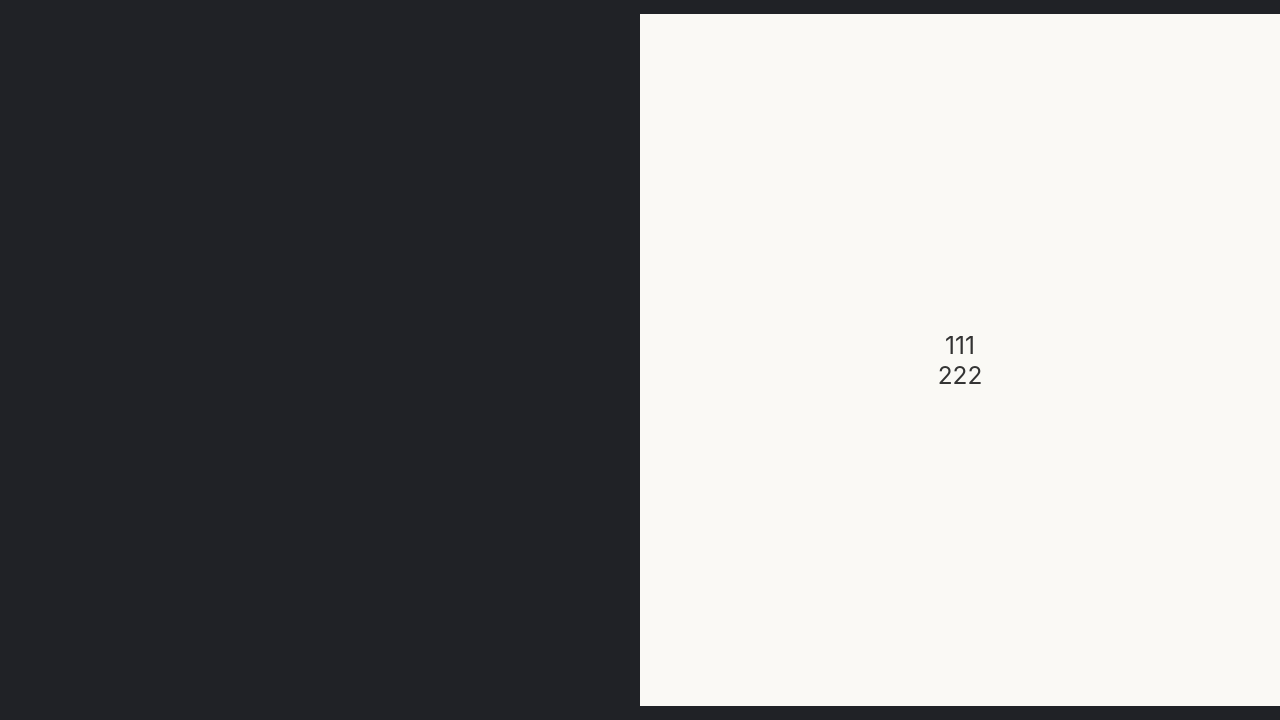
Repository: GuinsooRocky/-Technology-sharing-rocky
Page: /catalog
These files come from the project's save history. The page is drawn as it stood at one moment and after the next save; the edit follows.
The browser window is 1280 px wide. The pictures show the whole page.
The project was rebuilt for these pictures with package versions that can differ from the ones it lists, and the page was loaded fresh each time. Also part of the build but not shown: src/pages/Home/home.less, src/component/Fault/fault.less, src/component/Fault/faultMad.tsx, src/pages/Home/home.tsx.

Above is the page before, as saved 2020-09-20 10:47:02.

### src/App.js
import React from 'react';
import './App.less';
import { BrowserRouter, Route } from 'react-router-dom';

import Home from './pages/Home/home.tsx';
import Catalog from './pages/Catalog/catalog';

function App() {
  return (
    <div className="App">
      <BrowserRouter>
        <header className="App-header">
          <Route path='/' exact component={Home} />
          <Route path='/home' exact component={Home} />
          <Route path='/catalog' exact component={Catalog} />
        </header>
      </BrowserRouter>
    </div>
  );
}

export default App;

### src/App.less
.App {
  text-align: center;
  min-height: 100vh;
}


.App-header {
  background-color: #202226;
  // background-color: #fff;
  min-height: 100vh;
  display: flex;
  flex-direction: column;
  align-items: center;
  justify-content: center;
  font-size: calc(10px + 2vmin);
  color: white;
}

.App-link {
  color: #61dafb;
}

### src/pages/Catalog/catalog.tsx
import React from 'react';
import "../Catalog/catalog.less";
import { useHistory } from 'react-router-dom';

interface Props {}
const Catalog: React.FC<Props> = (props) => {

  // const history = useHistory();
  // const goNext = (e: React.MouseEvent) => {
  //   history.push('/home');
  // }

  return (
    <div className='catalog'>
      <aside className='left'>
      </aside>
      <div className='right'>
        <div className='css-w1eds4'>
          <div>
            <aside>111</aside>
            <div>222</div>
          </div>
        </div>
      </div>
    </div>
  )

}

export default Catalog;

### src/pages/Catalog/catalog.less

.Vertical_Center {
  display: inline-block;
  width: 50%;
  height: 100%;
  display: flex;
  flex-direction: column;
  justify-content: center;
  font-size: calc(10px + 2vmin);
  align-items: center;
}

.catalog {
  width: 100%;
  height: 96vh;
  .left {
    float: left;
    background-color: #202226;
    color: #DFDDD9;
    .Vertical_Center;
  }

  .right {
    float: right;
    background-color: #FAF9F5;
    color: rgb(51,51,51);
    .Vertical_Center;
  }
}

Loaded but not shown: public/index.html (common file); src/index.js (common file); src/index.css (common file); src/serviceWorker.js (common file)

After the next save:
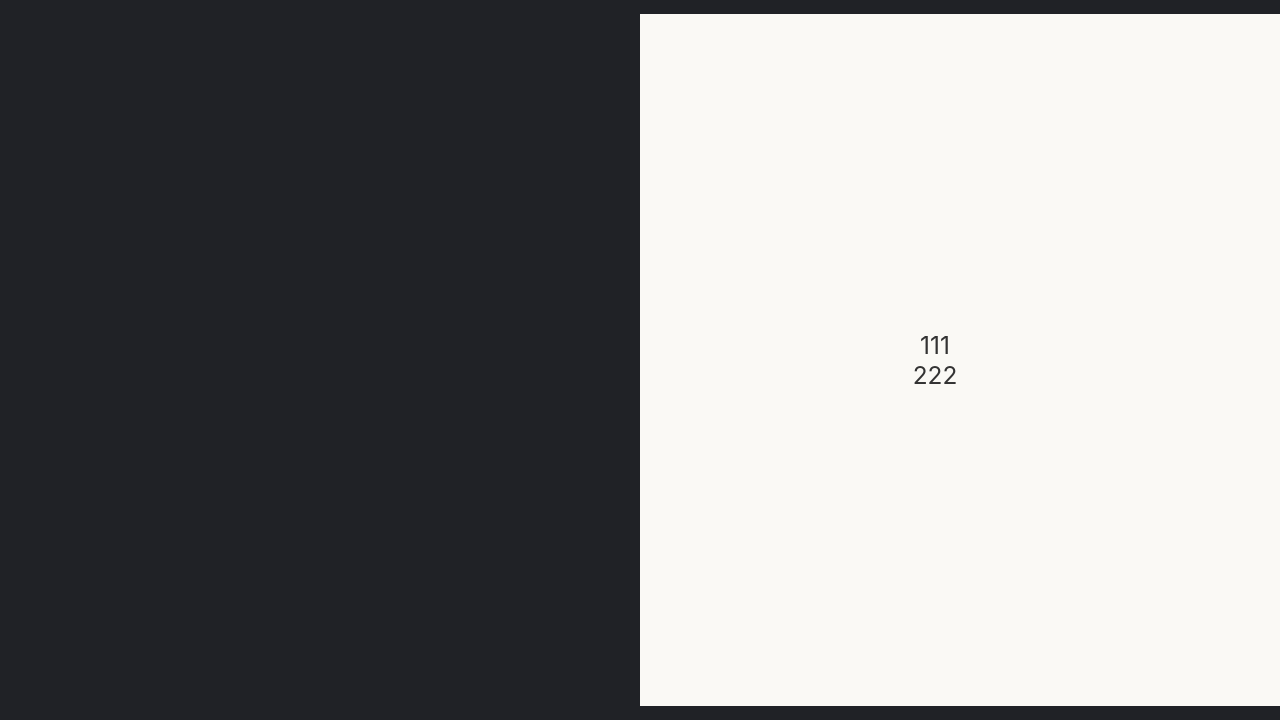
Saved 3 min 43 s later.
--- a/src/pages/Catalog/catalog.tsx
+++ b/src/pages/Catalog/catalog.tsx
@@ -15,7 +15,7 @@
       <aside className='left'>
       </aside>
       <div className='right'>
-        <div className='css-w1eds4'>
+        <div className='right-title1 css-header'>
           <div>
             <aside>111</aside>
             <div>222</div>
--- a/src/pages/Catalog/catalog.less
+++ b/src/pages/Catalog/catalog.less
@@ -7,7 +7,7 @@
   flex-direction: column;
   justify-content: center;
   font-size: calc(10px + 2vmin);
-  align-items: center;
+  align-items: flex-start;
 }
 
 .catalog {
@@ -27,3 +27,13 @@
     .Vertical_Center;
   }
 }
+
+.css-header {
+  padding-top: 256px;
+  padding-bottom: 256px;
+  padding-left: 85px;
+  width: 420px;
+  max-width: none;
+  margin-left: 0;
+  margin-right: 0;
+}
